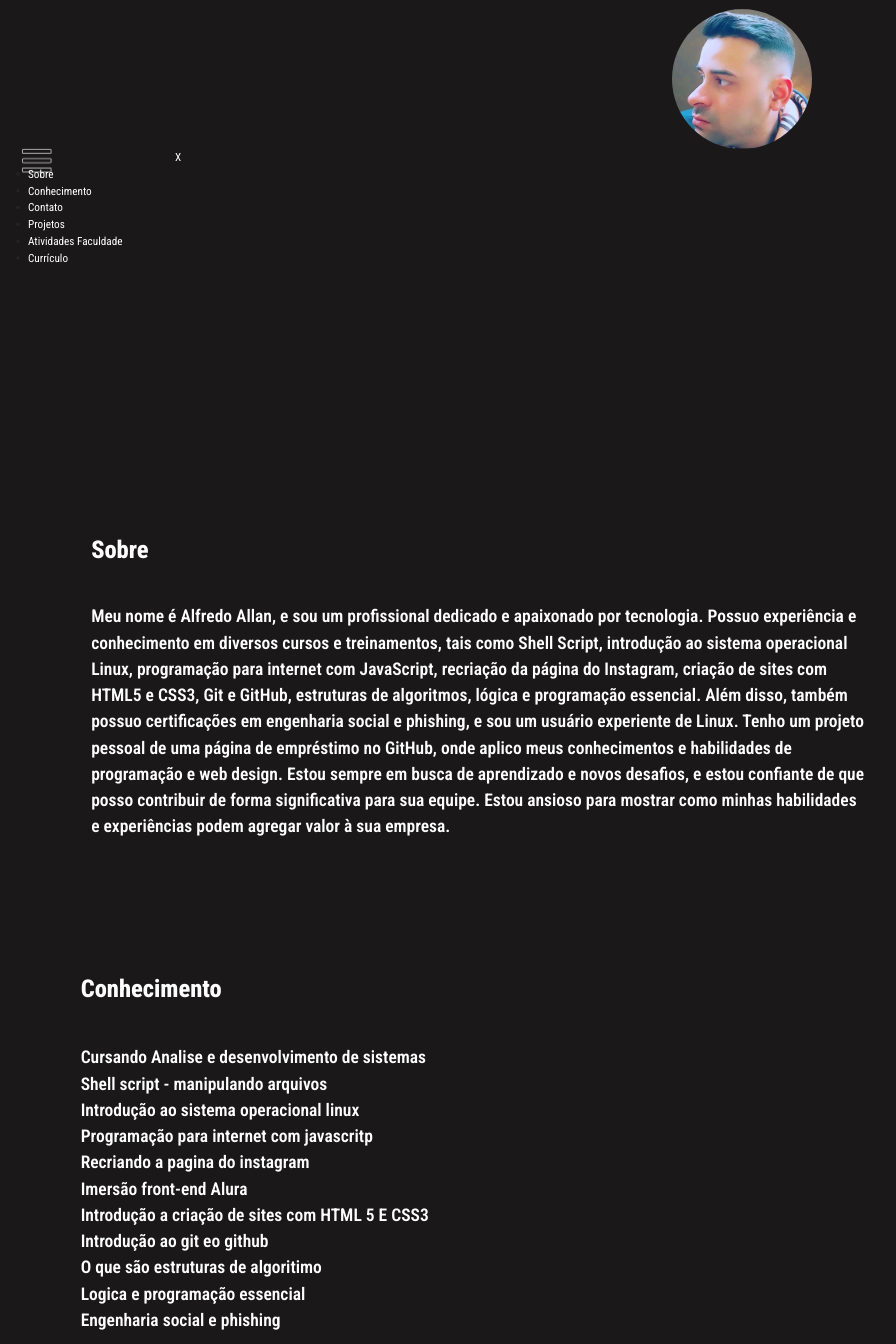
Repository: alfredo-allan/Portfolio
Page: index.html
These files come from the project's save history. The page is drawn as it stood at one moment and after a run of saves; the edit follows.
The browser window is 1280 px wide. The pictures show the part of the page from y = 0 to 1920 px (the page is 4981 px tall before and 4813 px after), at 70% of full size.

Above is the page before, as saved 2024-05-30 12:17:33.

### index.html
<!DOCTYPE html>
<html lang="pt-BR">
  <head>
    <meta charset="UTF-8" />
    <meta name="viewport" content="width=device-width, initial-scale=1.0" />
    <link
      rel="stylesheet"
      href="https://stackpath.bootstrapcdn.com/bootstrap/4.1.3/css/bootstrap.min.css"
      integrity="sha384-MCw98/SFnGE8fJT3GXwEOngsV7Zt27NXFoaoApmYm81iuXoPkFOJwJ8ERdknLPMO"
      crossorigin="anonymous"
    />
    <link rel="stylesheet" href="./src/assets/styles/home.css" />
    <link
      href="https://fonts.googleapis.com/css2?family=Roboto+Condensed:ital,wght@0,100..900;1,100..900&display=swap"
      rel="stylesheet"
    />

    <title>Portfolio</title>
    <div class="foto-perfil">
      <img src="./src/assets/images/foto-perfil.jpeg" alt="Minha Foto" />
    </div>
    <div id="menu-options">
      <ul>
        <span id="close-icon">X</span>
        <br />
        <li><a href="#Sobre">Sobre</a></li>
        <li><a href="#Conhecimento">Conhecimento</a></li>
        <li><a href="#Contato">Contato</a></li>
        <li><a href="#Projetos">Projetos</a></li>
        <li><a href="#Atividades">Atividades Faculdade</a></li>
        <li><a href="./curriculo.html">Currículo</a></li>
      </ul>
    </div>

    <header>
      <img id="menu-icon" src="./src/assets/images/barra-menu.png" alt="" />

      <!-- <img id="cha" src="./img/marijuana.png" alt="" />
        <img id="po" src="./img/cocaina.png" alt="" />
        <img id="bala" src="./img/mdma.png" alt="" />
        <img id="lsd" src="./img/lsd.png" alt="" />
        <img id="ghb" src="./img/ghb.png" alt="" /> -->
    </header>
    <div class="container" id="Sobre">
      <h2>Sobre</h2>
      <p>
        Meu nome é Alfredo Allan, e sou um profissional dedicado e apaixonado
        por tecnologia. Possuo experiência e conhecimento em diversos cursos e
        treinamentos, tais como Shell Script, introdução ao sistema operacional
        Linux, programação para internet com JavaScript, recriação da página do
        Instagram, criação de sites com HTML5 e CSS3, Git e GitHub, estruturas
        de algoritmos, lógica e programação essencial. Além disso, também possuo
        certificações em engenharia social e phishing, e sou um usuário
        experiente de Linux. Tenho um projeto pessoal de uma página de
        empréstimo no GitHub, onde aplico meus conhecimentos e habilidades de
        programação e web design. Estou sempre em busca de aprendizado e novos
        desafios, e estou confiante de que posso contribuir de forma
        significativa para sua equipe. Estou ansioso para mostrar como minhas
        habilidades e experiências podem agregar valor à sua empresa.
      </p>
    </div>
    <div id="Conhecimento">
      <h2>Conhecimento</h2>
      <p>
        Cursando Analise e desenvolvimento de sistemas <br />
        Shell script - manipulando arquivos <br />
        Introdução ao sistema operacional linux <br />
        Programação para internet com javascritp <br />
        Recriando a pagina do instagram <br />
        Imersão front-end Alura <br />
        Introdução a criação de sites com HTML 5 E CSS3 <br />
        Introdução ao git eo github <br />
        O que são estruturas de algoritimo <br />
        Logica e programação essencial <br />
        Engenharia social e phishing <br />
      </p>
    </div>

    <div id="sistemas">
      <h2>Sistemas Operacionais</h2>
      <p>
        Como usuário de Linux, possuo conhecimento em pacotes gerenciadores como
        apt e yum, bem como em servidores Apache. Sou capaz de estabelecer
        conexões SSH, gerar chaves públicas, e possuo boas práticas no uso do
        terminal de comandos. Além disso, possuo habilidades avançadas em
        instalação e configuração de sistemas operacionais, inclusive na
        manipulação de variáveis de ambiente como o PATH. Estas competências são
        fundamentais para garantir um ambiente de trabalho eficiente e seguro.
      </p>
    </div>
    <div id="Projetos">
      <h2>Projetos</h2>
      <p>
        Desenvolvi uma página web responsiva utilizando Bootstrap 5, HTML e CSS.
        A página possui uma simulação de empréstimo, onde o usuário pode
        escolher o número de meses para financiar e ver uma prestação
        aproximada. Além disso, incluí um botão de contato via WhatsApp para
        facilitar a comunicação com um corretor. <br />
        <strong>Emprestimo:</strong
        ><a href="https://allan-mecanico.github.io/Emprestimo-facil/index.html">
          github.io/Emprestimo-facil/
        </a>
      </p>
      <p>
        Esse projeto combina o uso de tecnologias front-end e back-end para
        criar uma aplicação web dinâmica e interativa. O front-end foi
        desenvolvido com HTML, CSS e JavaScript e está hospedado no GitHub
        Pages. Já o back-end foi feito em Python com o framework Flask e está
        hospedado no PythonAnywhere, onde é utilizado como um servidor de um
        banco de dados SQLite. A aplicação conta com rotas para criar, deletar e
        atualizar dados de forma eficiente e segura. Este projeto exemplifica
        minha habilidade em desenvolver soluções completas e funcionais,
        integrando diferentes tecnologias para criar uma experiência de usuário
        eficaz e completa a pagina possi somente responsividade mobile. <br />
        <strong>Ketlyn Lash Designer:</strong
        ><a href="https://allan-mecanico.github.io/Lash-Designer/">
          github.io/Lash-Designer/
        </a>
      </p>
      <p>
        <strong>Controle de Datas de Validade de Produtos Frutap</strong>
        O projeto de controle de datas de validade de produtos Frutap é um
        sistema abrangente desenvolvido para gerenciar a validade de produtos em
        supermercados. A seguir, apresento um resumo das principais
        funcionalidades e características do sistema:

        <strong>Funcionalidades Principais</strong>
        Cadastro de Supermercados: Os supermercados podem ser cadastrados no
        sistema, e o nome dos mercados é automaticamente preenchido
        (autocompletar) para facilitar o processo de entrada de dados. Gestão de
        Produtos por Código EAN: O sistema utiliza códigos EAN para identificar
        os produtos. Ao digitar o código EAN, o sistema recupera e exibe a
        descrição do produto a partir de um arquivo JSON, garantindo precisão e
        agilidade no cadastro e consulta. Controle de Datas de Validade: Os
        produtos têm suas datas de validade monitoradas de maneira eficiente. O
        sistema alerta sobre produtos que estão prestes a vencer, ajudando os
        supermercados a gerenciar melhor seus estoques e reduzir perdas.
        <strong>Operações CRUD (Create, Read, Update, Delete):</strong>

        <strong>Criação:</strong> Novos produtos e supermercados podem ser
        adicionados ao sistema. <strong>Leitura:</strong> Consultas podem ser
        realizadas para visualizar informações de produtos e supermercados
        cadastrados. <strong>Atualização:</strong> As informações existentes
        podem ser atualizadas conforme necessário.
        <strong>Exclusão:</strong> Produtos e supermercados podem ser removidos
        do sistema, mantendo os dados atualizados. Tecnologia Utilizada JSON:
        Utilizado para armazenar e gerenciar dados de produtos e supermercados
        de forma estruturada e fácil de manipular. Autocompletar: Implementado
        para melhorar a usabilidade no cadastro de supermercados. Benefícios
        Eficiência: Automatiza o controle de datas de validade, reduzindo a
        necessidade de verificações manuais. Precisão: Garante que as
        informações sobre produtos estejam sempre atualizadas e precisas.
        Usabilidade: Facilita o cadastro e a consulta de informações com o
        autocompletar e a recuperação de dados pelo código EAN.
        <strong>Conclusão</strong>
        Este sistema de controle de datas de validade de produtos Frutap é uma
        solução robusta e eficiente para a gestão de estoques em supermercados,
        proporcionando uma maneira prática e confiável de monitorar a validade
        dos produtos e otimizar a operação dos estabelecimentos.
        <strong>Controle De Datas Frutap</strong>
        <a href="https://allan-mecanico.github.io/ControleDeDatasFrontEnd/"
          >github.io/ControleDeDatasFrontEnd/</a
        >
      </p>
    </div>
    <div id="Atividades">
      <p>
        Nome: Alfredo e Gustavo <br />
        Data: 05/04/2024 <br />
        <a href="https://zenodo.org/records/10929316"
          >Desenvolvimento web e Sistemas operacionais <br />
          DOI:10.5281/zenodo.10929316</a
        >
      </p>
    </div>
    <div id="Contato">
      <h2>Contato</h2>

      <p>
        <strong>Email:</strong> allan.teixeira92@gmail.com <br />
        <strong>Linkedln:</strong
        ><a
          href="https://www.linkedin.com/in/alfredo-allan-teixeira-ba2701149/"
        >
          www.linkedin.com/in/alfredo-allan-teixeira <br
        /></a>

        <strong>Github:</strong
        ><a href="https://github.com/allan-mecanico">
          github.com/allan-mecanico<br
        /></a>
        <strong>WhatsApp:</strong
        ><a href="https://api.whatsapp.com/send?phone=5511913311054">
          (11) 91331-1054<br
        /></a>
      </p>
    </div>
  </head>
  <body>
    <script>
      const menuIcon = document.getElementById("menu-icon");
      const menuOptions = document.getElementById("menu-options");
      const closeIcon = document.getElementById("close-icon");

      menuIcon.addEventListener("click", function () {
        if (menuOptions.style.display === "none") {
          menuOptions.style.display = "block";
        } else {
          menuOptions.style.display = "none";
        }
      });

      closeIcon.addEventListener("click", function () {
        menuOptions.style.display = "none";
      });
    </script>
  </body>
</html>

### src/assets/styles/home.css
:root {
  --roboto-condensed: "Roboto Condensed", sans-serif;
}

body {
  font-family: var(--roboto-condensed);
  background-color: rgb(26, 24, 24);
  background-position: center;
  background-size: cover;
}

@media (min-width: 310px) and (max-width: 480px) {
  body {
    background-image: url("../images/git-img.jpg");
    background-repeat: no-repeat;
    background-attachment: fixed;
  }
}

.menu ul {
  font-size: 1.5rem;
  font-weight: 600;
  margin-top: -14%;
  margin-right: 4%;
  text-align: right;
  list-style: none;
  li {
    margin-right: 12px;
    display: inline-block;
  }
}

@media only screen and (min-width: 310px) and (max-width: 450px) {
  .menu ul {
    font-weight: 1000;
    text-align: left;
    margin-top: -45%;
    padding: 20%;
    margin-left: 40%;
    font-size: 20px;
  }
}

.foto-perfil {
  margin-top: 1%;
  margin-left: 75%;
  width: 200px;
  height: 200px;
  border-radius: 50%;
  overflow: hidden;
}

.foto-perfil img {
  width: 100%;
  height: 100%;
  object-fit: cover;
}

@media only screen and (min-width: 310px) and (max-width: 450px) {
  .foto-perfil {
    width: 80px;
    height: 80px;
    margin-left: 10%;
    margin-top: 7%;
  }
}

#Sobre {
  color: white;
  margin-top: 30%;
  margin-left: 9%;
  h2 {
    font-weight: 1000;
    font-size: 35px;
    font-weight: 800;
  }
  p {
    font-weight: 300;
    margin-top: 5%;
    font-size: 25px;
    font-family: var(--roboto-condensed);
    width: 100%; /* Define a largura desejada */
    font-weight: 600;
  }
}

@media only screen and (min-width: 310px) and (max-width: 450px) {
  #Sobre {
    margin-left: -1%;
    margin-top: -10%;
    h2 {
      color: white;
      font-size: 22px;
      font-weight: 800;
    }
    p {
      color: white;
      margin-top: 5%;
      font-size: 18px;
      font-family: var(--roboto-condensed);
      width: 100%; /* Define a largura desejada */
      font-weight: 350;
    }
  }
}

#Conhecimento {
  color: white;
  margin-top: 15%;
  margin-left: 9%;
  h2 {
    font-size: 35px;
    font-weight: 800;
  }
  p {
    margin-top: 5%;
    font-size: 25px;
    font-family: var(--roboto-condensed);
    width: 90%; /* Define a largura desejada */
    font-weight: 600;
  }
}

@media only screen and (min-width: 310px) and (max-width: 450px) {
  #Conhecimento {
    margin-left: 1%;
    margin-top: 35%;
    h2 {
      color: white;
      font-size: 22px;
      font-weight: 800;
    }
    p {
      color: white;
      margin-top: 5%;
      font-size: 18px;
      font-family: var(--roboto-condensed);
      width: 100%; /* Define a largura desejada */
      font-weight: 350;
    }
  }
}
#sistemas {
  color: white;
  margin-top: 15%;
  margin-left: 9%;
  h2 {
    font-size: 35px;
    font-weight: 800;
  }
  p {
    margin-top: 5%;
    font-size: 25px;
    font-family: var(--roboto-condensed);
    width: 90%; /* Define a largura desejada */
    font-weight: 600;
  }
}

@media only screen and (min-width: 310px) and (max-width: 450px) {
  #sistemas {
    margin-left: -0%;
    margin-top: 20%;
    h2 {
      font-size: 22px;
      font-weight: 800;
    }
    p {
      margin-top: 5%;
      font-size: 18px;
      font-family: var(--roboto-condensed);
      width: 100%; /* Define a largura desejada */
      font-weight: 350;
    }
  }
}

#Projetos {
  color: white;
  margin-top: 15%;
  margin-left: 9%;
  h2 {
    font-size: 35px;
    font-weight: 800;
  }
  p {
    margin-top: 5%;
    font-size: 25px;
    font-family: var(--roboto-condensed);
    width: 90%; /* Define a largura desejada */
    font-weight: 600;
  }
}

@media only screen and (min-width: 310px) and (max-width: 450px) {
  #Projetos {
    margin-left: -0%;
    margin-top: 25%;
    h2 {
      font-size: 22px;
      font-weight: 800;
    }
    p {
      color: white;
      margin-top: 5%;
      font-size: 18px;
      font-family: var(--roboto-condensed);
      width: 100%; /* Define a largura desejada */
      font-weight: 350;
    }
  }
}

#Atividades {
  color: white;
  margin-top: 15%;
  margin-left: 9%;
  h2 {
    font-size: 35px;
    font-weight: 800;
  }
  p {
    margin-top: 5%;
    font-size: 25px;
    font-family: var(--roboto-condensed);
    width: 90%; /* Define a largura desejada */
    font-weight: 600;
  }
}

@media only screen and (min-width: 310px) and (max-width: 450px) {
  #Atividades {
    margin-left: -0%;
    margin-top: 25%;
    h2 {
      font-size: 22px;
      font-weight: 800;
    }
    p {
      color: white;
      margin-top: 5%;
      font-size: 18px;
      font-family: var(--roboto-condensed);
      width: 100%; /* Define a largura desejada */
      font-weight: 350;
    }
  }
}

#Contato {
  color: white;
  margin-top: 15%;
  margin-left: 9%;
  h2 {
    font-size: 35px;
    font-weight: 800;
  }
  p {
    margin-top: 5%;
    font-size: 25px;
    font-family: var(--roboto-condensed);
    width: 90%; /* Define a largura desejada */
    font-weight: 600;
  }
}

@media only screen and (min-width: 310px) and (max-width: 450px) {
  #Contato {
    margin-top: 25%;
    margin-left: 0%;
    h2 {
      font-size: 22px;
      font-weight: 800;
    }
    p {
      width: 100%;
      margin-top: 5%;
      font-size: 18px;
      font-family: var(--roboto-condensed);
      font-weight: 350;
    }
  }
}

#menu-icon {
  position: absolute;
  margin-top: -190px;
  margin-left: 30px;
  width: 45px;
}


a {
  color: white;
  text-decoration: none; /* Remove o sublinhado */
}


#close-icon {
  margin: 210px;
  color: white;
}

After the next 4 saves:
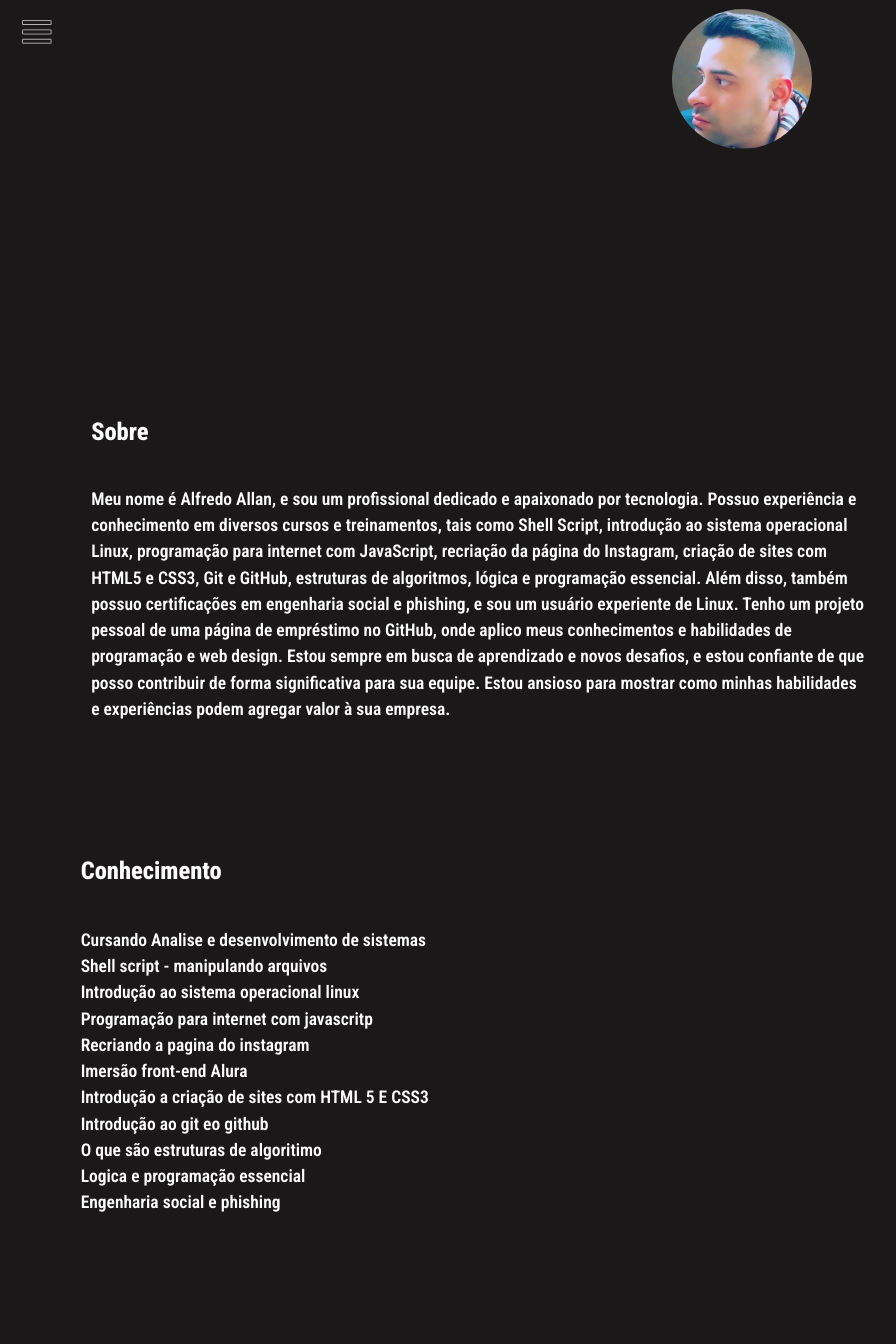
The 4 saves are shown as one change because they came seconds apart.
The last was saved 13 s later.
--- a/src/assets/styles/home.css
+++ b/src/assets/styles/home.css
@@ -295,8 +295,23 @@ a {
   text-decoration: none; /* Remove o sublinhado */
 }
 
+#menu-options ul {
+  list-style: none;
+  position: fixed;
+  padding: 0;
+  margin-left: -453px;
+  font-size: 20px;
+  margin-top: 60px;
+}
 
 #close-icon {
   margin: 210px;
   color: white;
 }
+
+#menu-options ul li {
+  padding: 10px;
+  /* margin: 10px; */
+  text-wrap: nowrap;
+  /* border-bottom: 1px solid white; */
+}

After the save that followed:
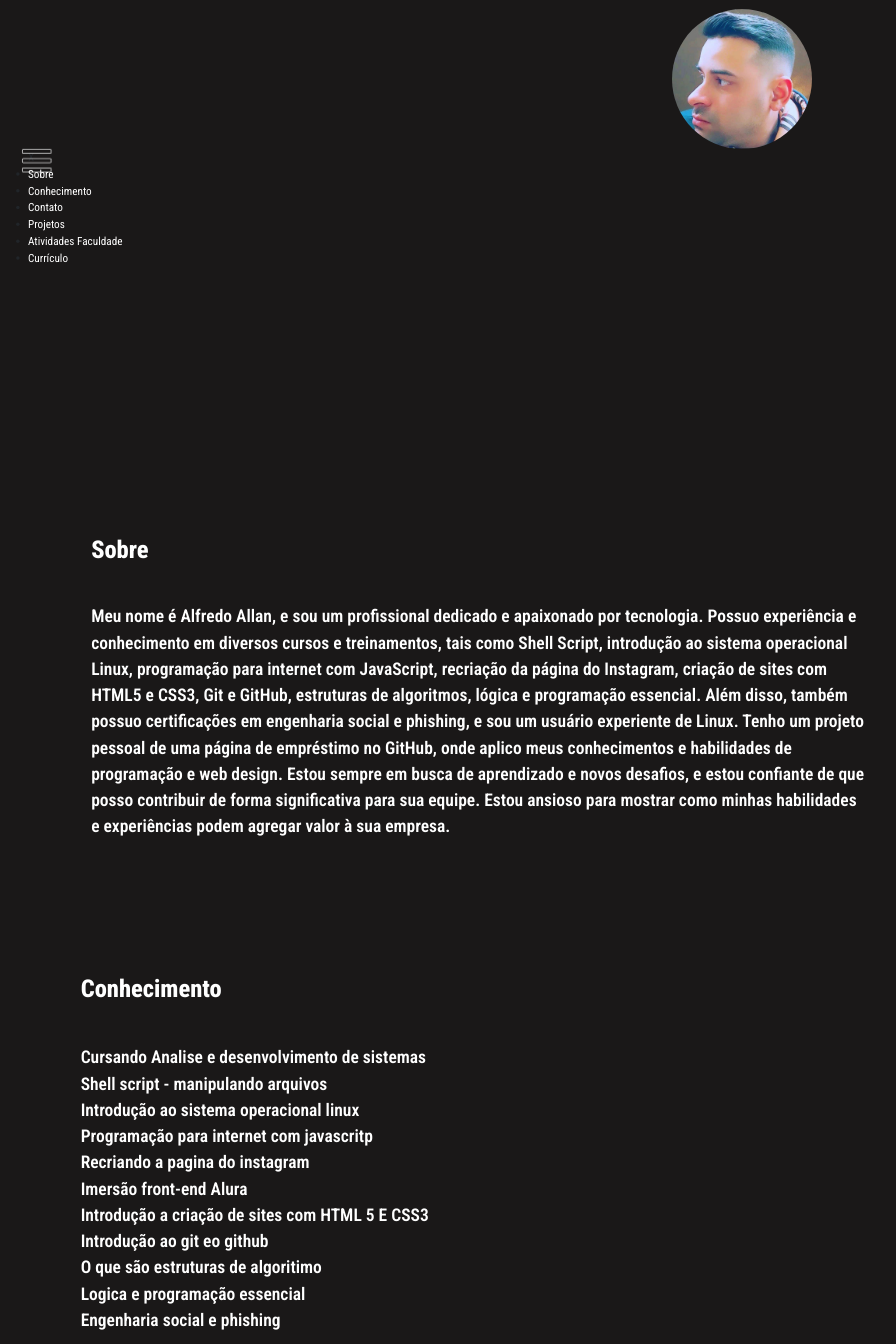
Saved 8 s later.
--- a/src/assets/styles/home.css
+++ b/src/assets/styles/home.css
@@ -294,24 +294,3 @@ a {
   color: white;
   text-decoration: none; /* Remove o sublinhado */
 }
-
-#menu-options ul {
-  list-style: none;
-  position: fixed;
-  padding: 0;
-  margin-left: -453px;
-  font-size: 20px;
-  margin-top: 60px;
-}
-
-#close-icon {
-  margin: 210px;
-  color: white;
-}
-
-#menu-options ul li {
-  padding: 10px;
-  /* margin: 10px; */
-  text-wrap: nowrap;
-  /* border-bottom: 1px solid white; */
-}
